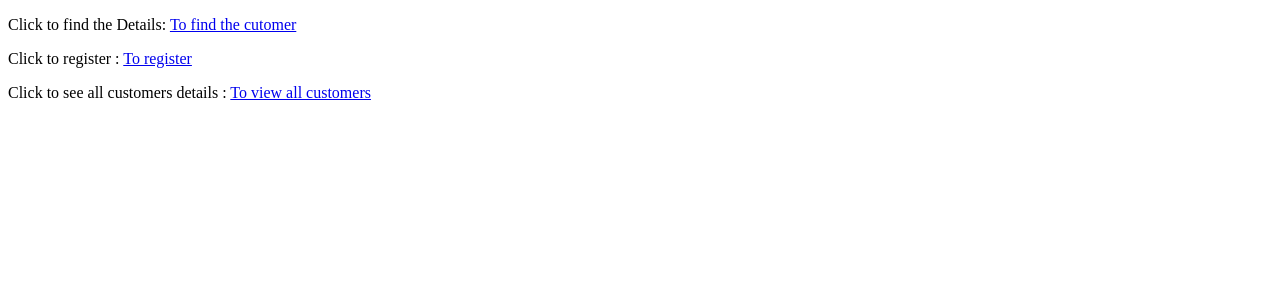
Repository: IshaMhashete/workspace2
Page: Hiber_Web/src/main/webapp/Option.html
The author's editor kept a copy of each file at every save. The page is drawn from the files as they stood at one save, then again after the next save.
The browser window is 1280 px wide. The pictures show the whole page.

Above is the page before, as saved 2019-12-07 11:09:31.

After the next save:
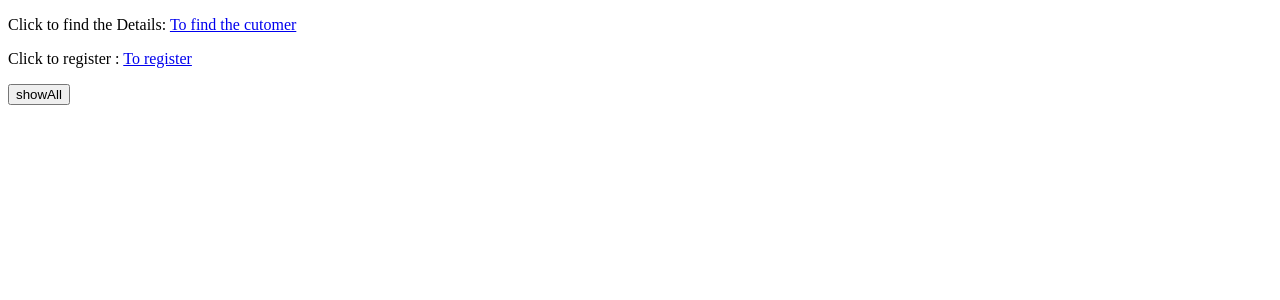
Saved 4 min 10 s later.
--- a/Hiber_Web/src/main/webapp/Option.html
+++ b/Hiber_Web/src/main/webapp/Option.html
@@ -6,7 +6,7 @@
 <p>Click to register : <a href="Hi.html">To register</a></p>
 
 <form action="mapping">
-<p>Click to see all customers details : <a href="All.html">To view all customers</a></p>
+<input type="submit" value="showAll">
 </form>
 </body>
 </html>
